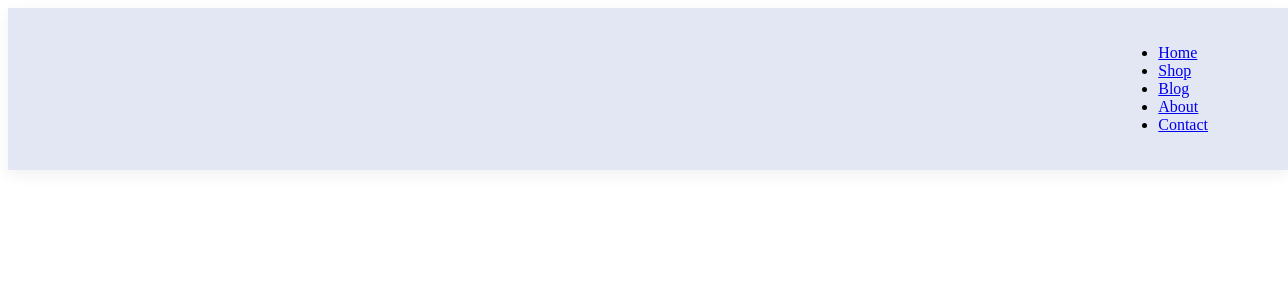
Repository: thecoachanna/lishas-layers
Page: index.html
An editor plug-in stored every save of this project. The page is shown before and after a run of saves, followed by the edit.
The browser window is 1280 px wide. The page is 1288 px wide, so the pictures cover 1288 px, including what lies to the right of the window. The pictures show the whole page.

Above is the page before, as saved 2023-01-02 17:08:37.

### index.html
<!DOCTYPE html>
<html lang="en">
<head>
    <meta charset="UTF-8">
    <meta http-equiv="X-UA-Compatible" content="IE=edge">
    <meta name="viewport" content="width=device-width, initial-scale=1.0">
    <link rel="stylesheet" href="style.css">
    <title>Lisha's Layers</title>
</head>
<body>
    <section id="header">
        <a href="#"><img src="" class="logo" alt=""></a>
    <div>
        <ul id="navbar">
           <li><a href="index.html">Home</a></li>
           <li><a href="shop.html">Shop</a></li>
           <li><a href="blog.html">Blog</a></li>
           <li><a href="about.html">About</a></li>
           <li><a href="contact.html">Contact</a></li>
        </ul>
    </div>
    </section>
    <script src="script.js"></script>
</body>
</html>

### style.css
@import url('https://fonts.googleapis.com/css2?family=Lato:wght@100&family=Oswald:wght@700&family=Outfit&family=Poiret+One&display=swap')

* {
    margin: 0;
    padding: 0;
    box-sizing: border-box;
    font-family: 'Spartan', sans-serif;
}

h1 {
    font-size: 50px;
    line-height: 64px;
    color: #222;
}

h2 {
    font-size: 46px;
    line-height: 54px;
    color: #222;
}

h4 {
    font-size: 20px;
    color: #222;
}

h6 {
    font-weight: 700px;
    font-size: 12px;
}

p {
    font-size: 16px;
    color: #465b52;
    margin: 15px 0 20px 0;
}

.section-p1 {
    padding: 40px 80px;
}

.section-m1 {
    margin: 40px 0;
}

body {
    width: 100%
}

#header {
    display: flex;
    align-items: center;
    justify-content: space-between;
    padding: 20px 80px;
    background: #e3e6f3;
    box-shadow: 0 5px 15px rgba(0, 0, 0, 0.06);
}

#navbar {
    display: ;
}

Loaded but not shown: script.js (no stored copy; drawn as an empty file)

After the next 2 saves:
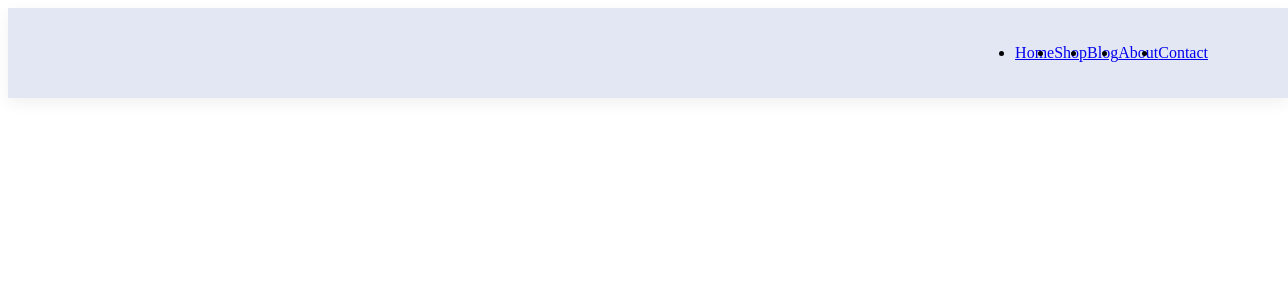
The 2 saves are shown as one change because they came seconds apart.
The last was saved 9 s later.
--- a/style.css
+++ b/style.css
@@ -57,5 +57,6 @@
 }
 
 #navbar {
-    display: ;
+    display: flex;
+    align-items: center;
 }
